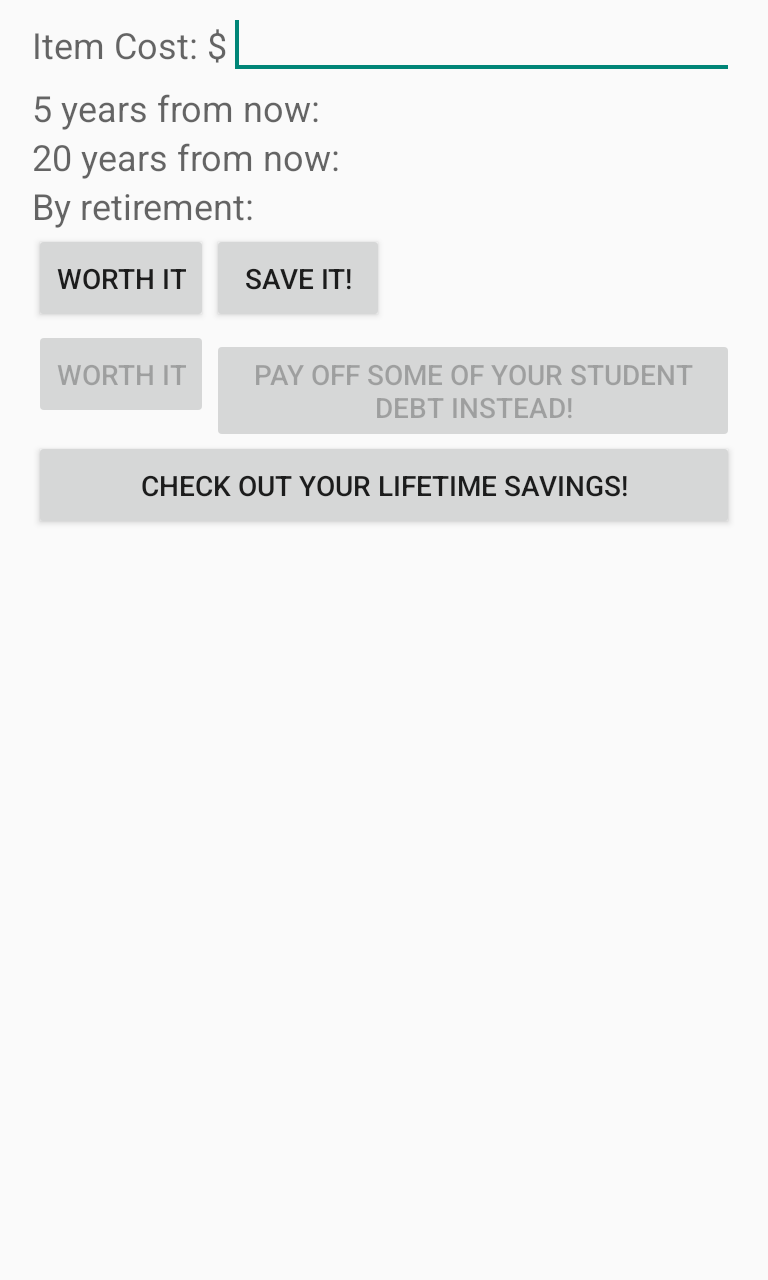
Repository: aallev11/saveit
Layout: ShouldISaveIt/res/layout/activity_main.xml
An editor plug-in stored every save of this project. The layout is shown before and after the next save, followed by the edit.
It is drawn on a 768 x 1280 px phone screen (xhdpi) without system bars, with theme AppTheme; the app's code is not run.

Above is the layout before, as saved 2014-03-30 15:16:04.

After the next save:
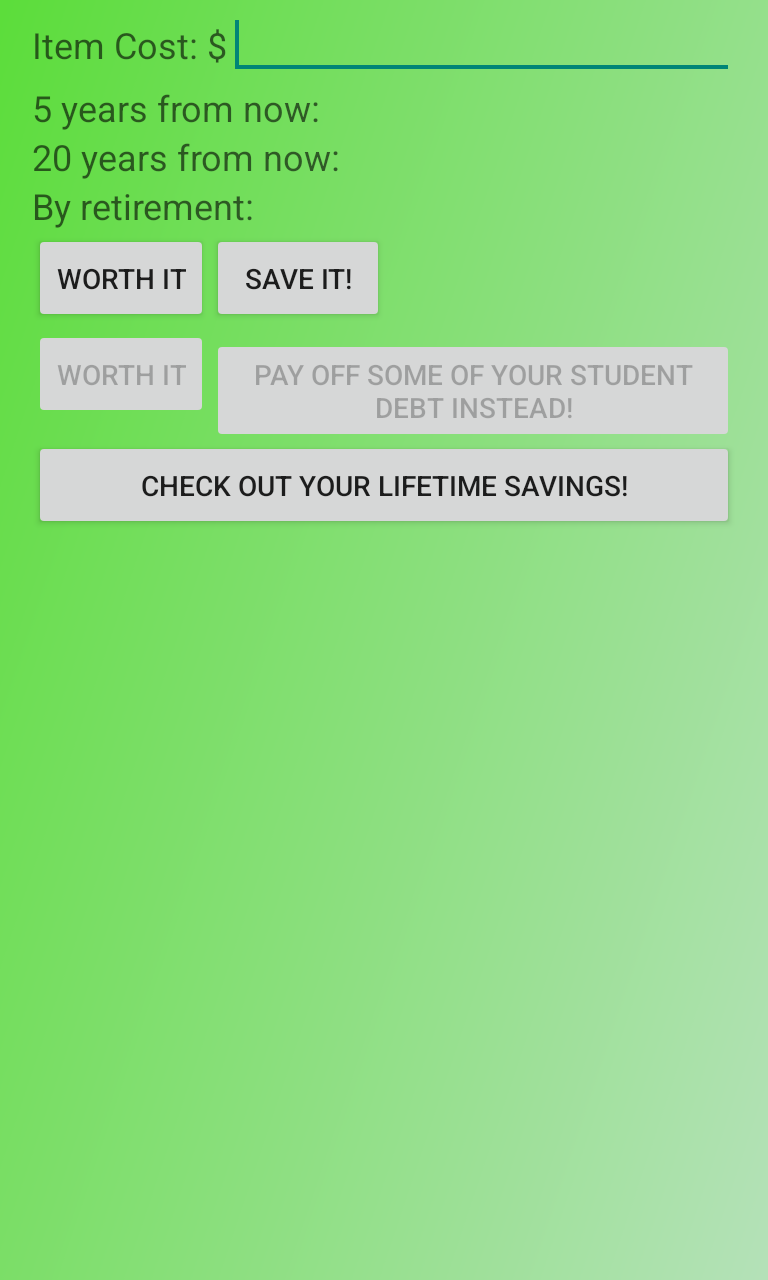
Saved 2 min 12 s later.
--- a/ShouldISaveIt/res/layout/activity_main.xml
+++ b/ShouldISaveIt/res/layout/activity_main.xml
@@ -3,6 +3,7 @@
     android:id="@+id/container"
     android:layout_width="match_parent"
     android:layout_height="match_parent"
+    android:background="@drawable/background"
     tools:context="com.example.shouldisaveit.MainActivity"
     tools:ignore="MergeRootFrame" >
 
